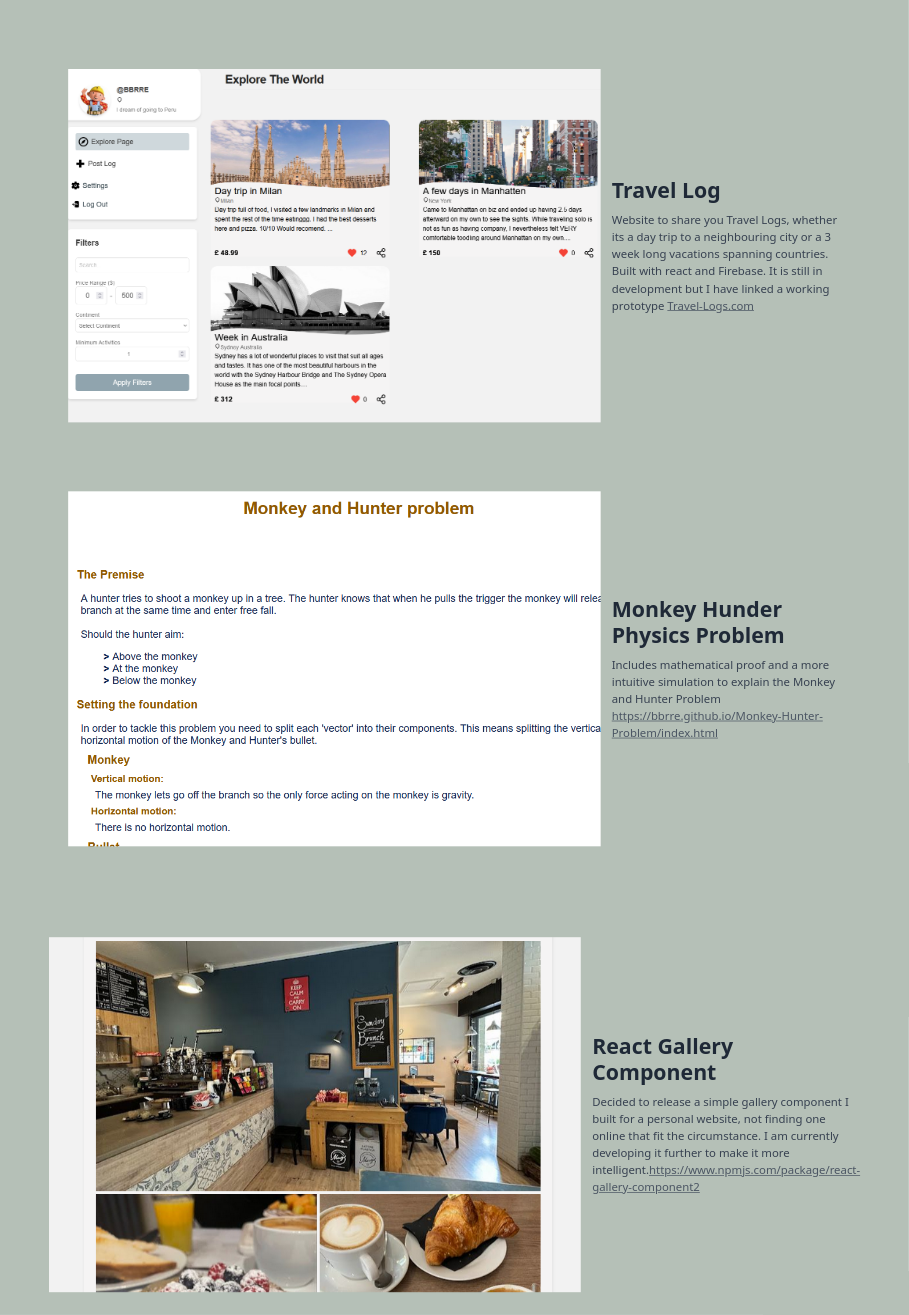
Repository: BBRRE/Portfolio-V2
Page: /#/Computer-Sci
An editor plug-in stored every save of this project. The page is shown before and after the next save, followed by the edit.
The browser window is 1280 px wide. The pictures show the whole page, at 71% of full size.
Some web fonts or font styles are not loaded; a fallback is used. The project was rebuilt for these pictures with package versions that can differ from the ones it lists, and the page was loaded fresh each time. Also part of the build but not shown: vite.config.js, src/Subjects/Archi.jsx, src/Subjects/EEng.jsx, src/Subjects/Other.jsx, src/Projects Overview.jsx, src/HomePage.jsx, src/ErrorBoundary.jsx.

Above is the page before, as saved 2024-11-29 08:59:01.

After the next save:
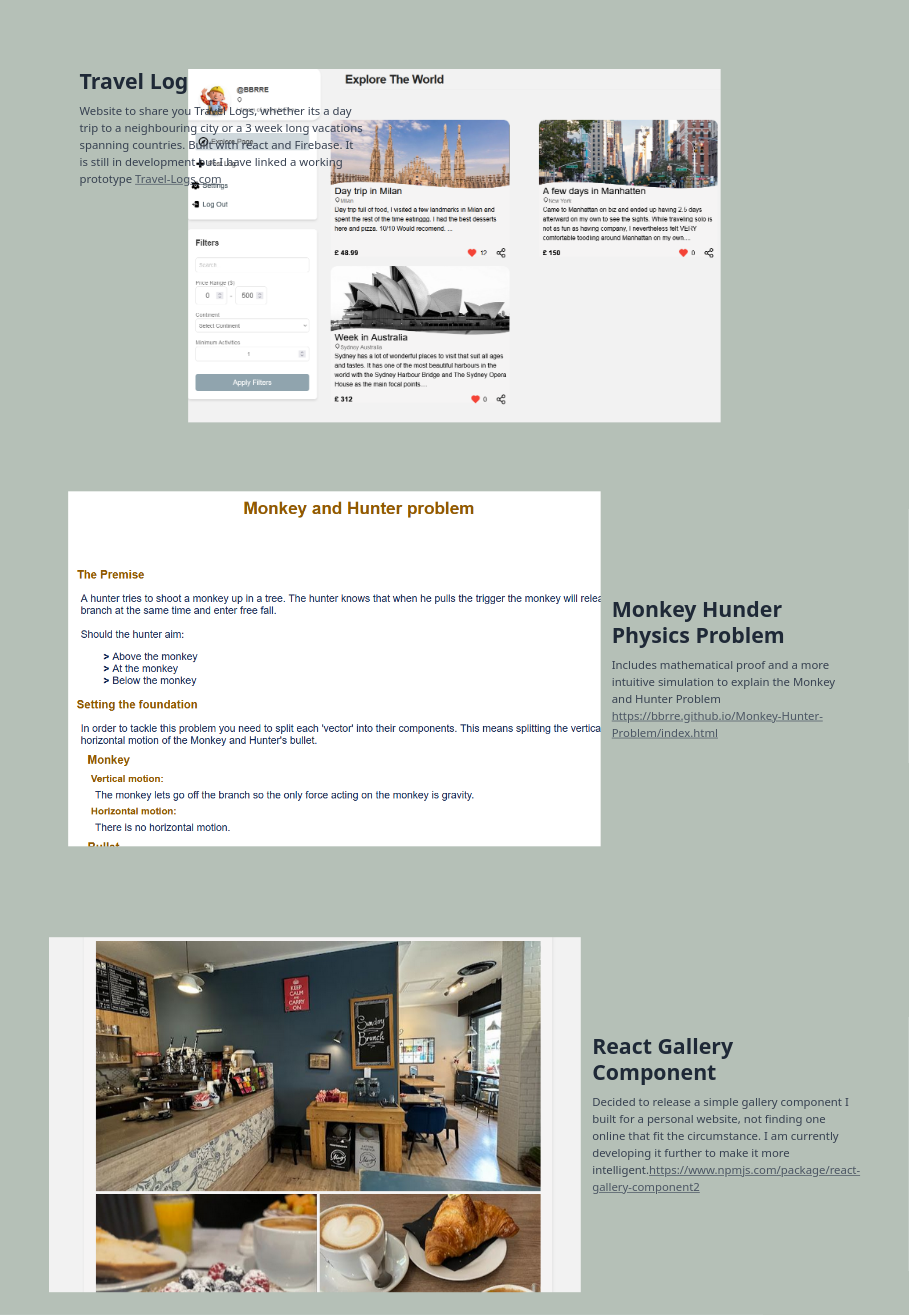
Saved 23 s later.
--- a/src/Subjects/CompSci.jsx
+++ b/src/Subjects/CompSci.jsx
@@ -6,9 +6,9 @@ import tr from '../assets/tra.png'
 const CompSci = () => {
   return (
     <div className='bg-[#B5C0B7] w-full h-auto min-h-screen grid grid-cols-1'>
-      <div className='flex md:flex-row flex-col justify-center align-middle w-[85%] h-[500px] mx-auto mt-24'>
+      <div className='relative flex md:flex-row flex-col justify-center align-middle w-[85%] h-[500px] mx-auto mt-24'>
         <img src={cs} />
-        <div className="flex flex-col ml-4 gap-3 justify-center">
+        <div className="absolute left-0 flex flex-col ml-4 gap-3 justify-center">
           <h2 className=" text-left text-xl md:text-2xl lg:text-3xl font-semibold text-gray-800">
             Travel Log
           </h2>
